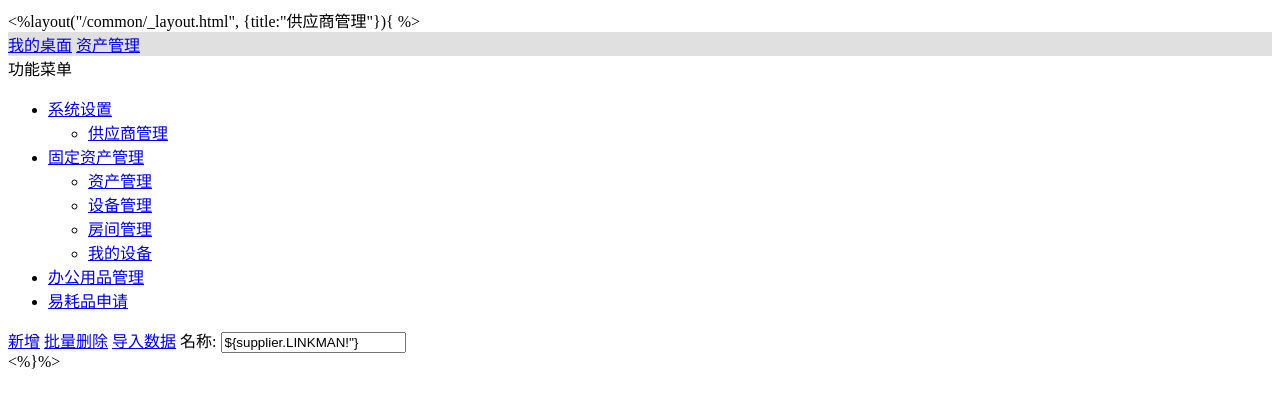
Repository: GaoChengliang/summerTask
Page: Campus_gcl/WebRoot/asset_management/supplier/supplier.html
These files come from the project's save history. The page is drawn as it stood at one moment and after the next save; the edit follows.
The browser window is 1280 px wide. The pictures show the whole page.

Above is the page before, as saved 2015-08-14 12:49:12.
Console error: ReferenceError: jQuery is not defined

After the next save:
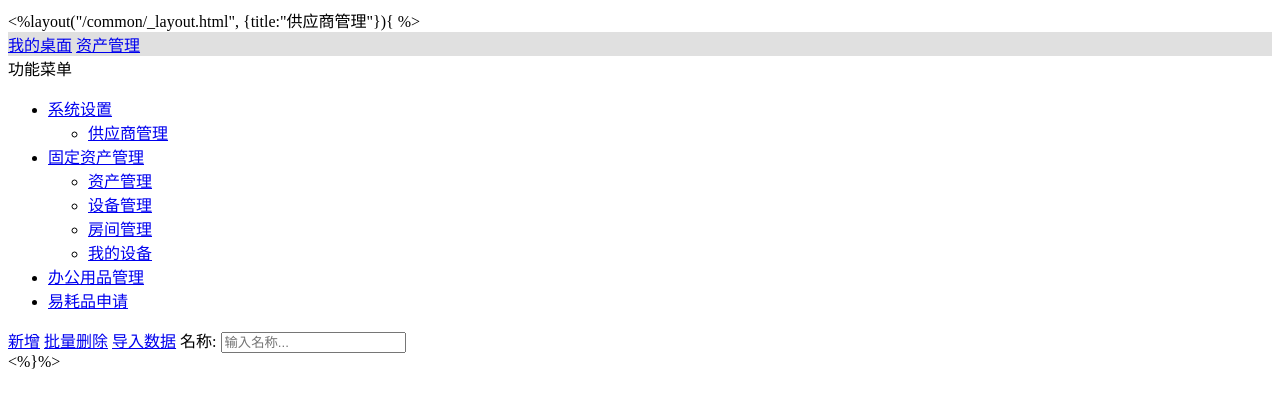
Saved 10 s later.
--- a/Campus_gcl/WebRoot/asset_management/supplier/supplier.html
+++ b/Campus_gcl/WebRoot/asset_management/supplier/supplier.html
@@ -45,7 +45,7 @@
 					<a class="btn btn-default" href="#">批量删除</a>
 					<a class="btn btn-default" href="#">导入数据</a>
 					<label>名称:</label>
-					 <input placeholder="输入名称..." type="text" name="supplier.LINKMAN" value="${supplier.LINKMAN!''}"  required ="true" />
+					 <input placeholder="输入名称..." type="text"/>
 				</div>
 			</div>
 		</div>
